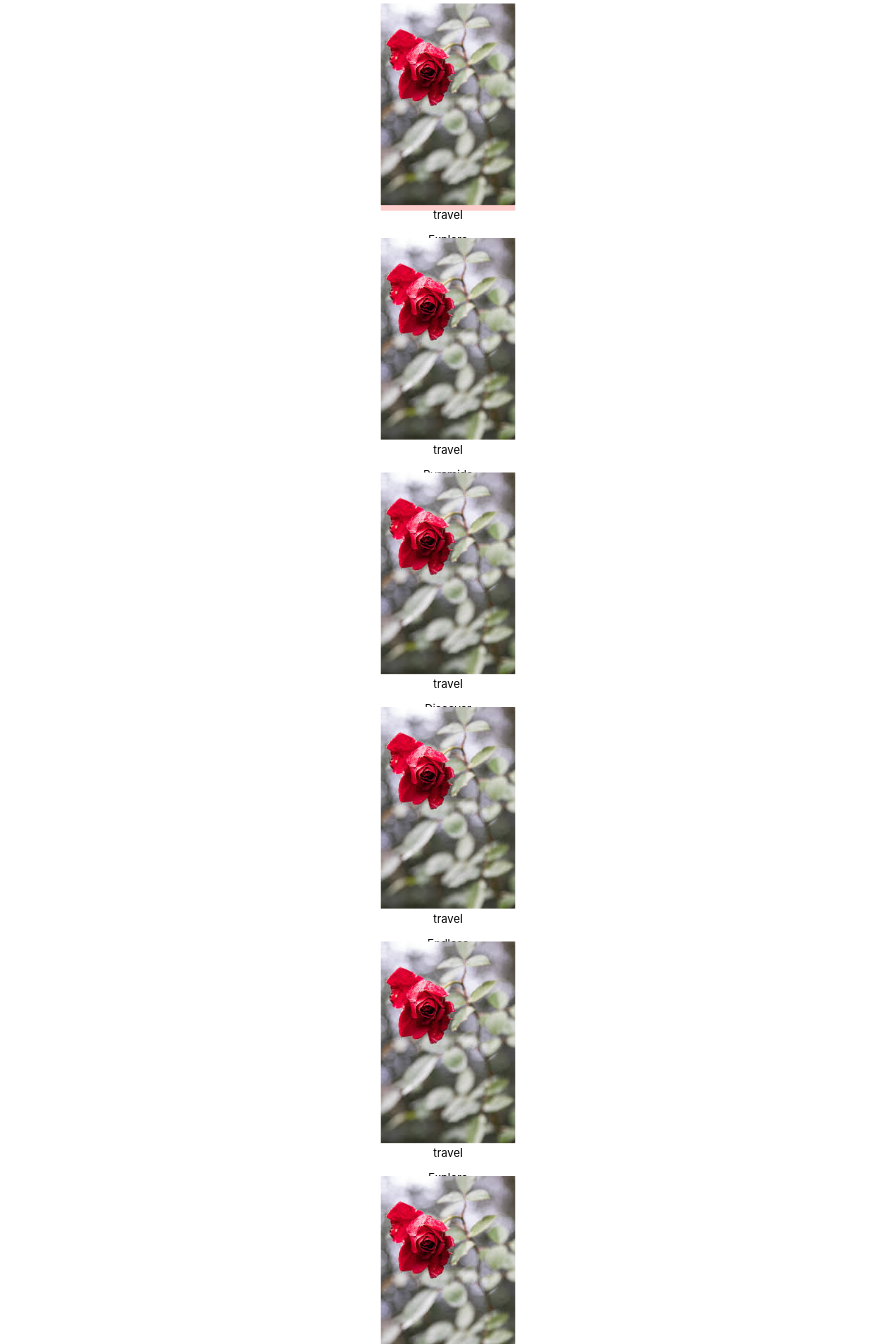
Repository: vakharia5/Preview
Page: /
The author's editor kept a copy of each file at every save. The page is drawn from the files as they stood at one save, then again after the next save.
The browser window is 1280 px wide. The pictures show the part of the page from y = 0 to 1920 px (the page is 2698 px tall), at 70% of full size.
The pointer rests on the first visible `.Image`.
The project was rebuilt for these pictures with package versions that can differ from the ones it lists, and the page was loaded fresh each time.

Above is the page before, as saved 2020-06-22 15:21:59.

After the next save:
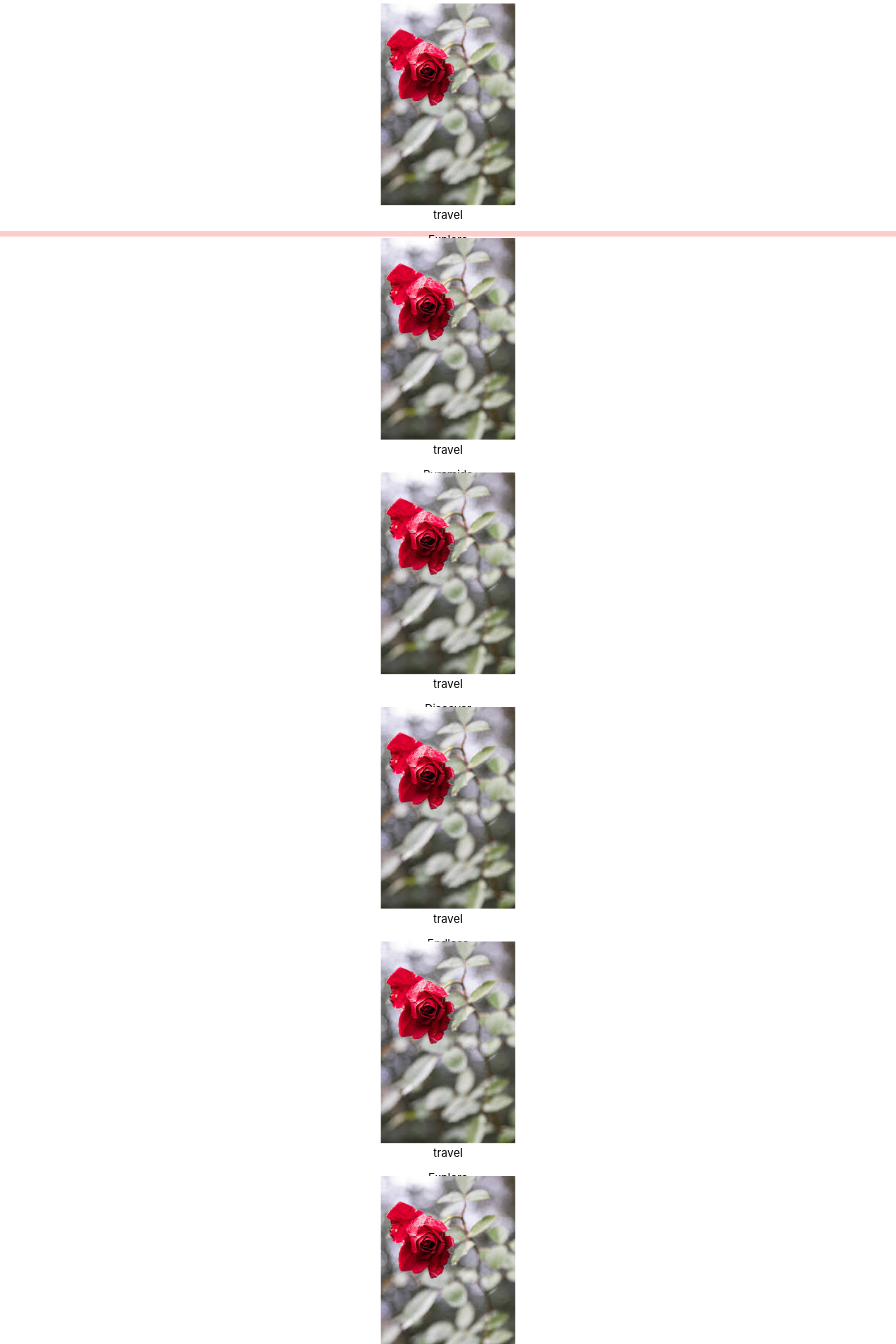
Saved 16 s later.
--- a/src/assets/css/Style.css
+++ b/src/assets/css/Style.css
@@ -24,7 +24,7 @@
     background-color: #64b5f6;
   } */
 
-  .Image:hover{
+  .card:hover{
     /* box-shadow: 0 8px 20px -10px #615151; */
     box-shadow: 0px 8px  rgba(252, 1, 1, 0.20);
   }
